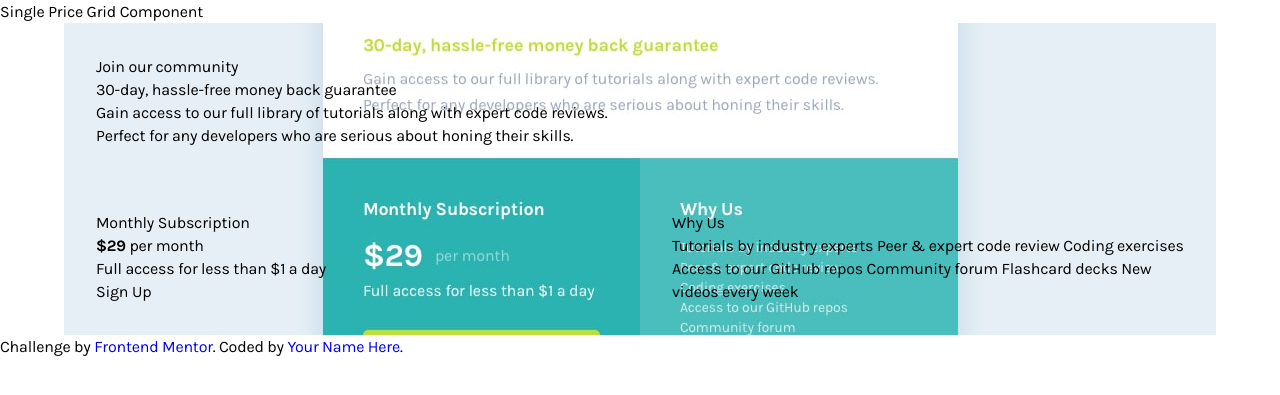
Repository: bangjuyoung/bangjuyoung
Page: practice/frontend-mentor/single-price-grid-component/index.html
An editor plug-in stored every save of this project. The page is shown before and after the next save, followed by the edit.
The browser window is 1280 px wide. The pictures show the whole page.

Above is the page before, as saved 2019-06-15 21:45:57.

After the next save:
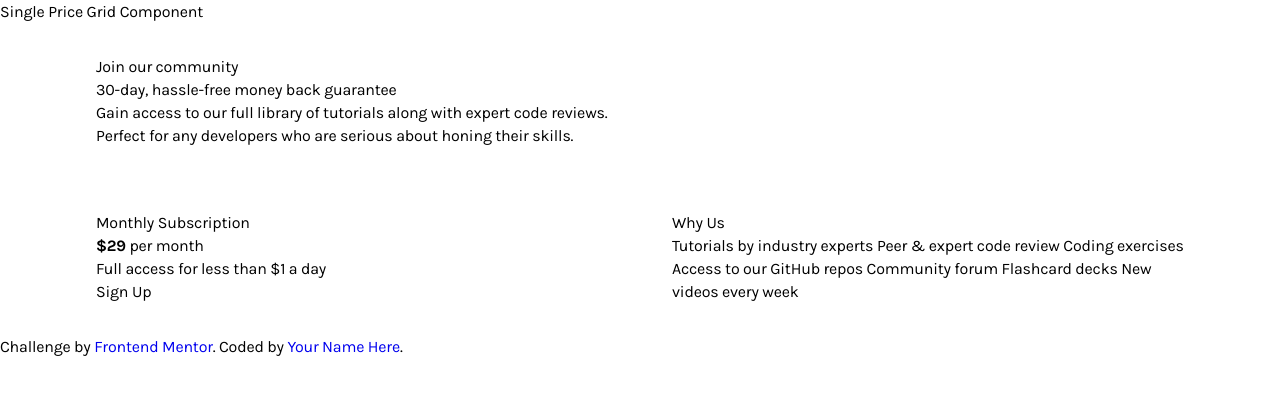
Saved 17 s later.
--- a/practice/frontend-mentor/single-price-grid-component/default.css
+++ b/practice/frontend-mentor/single-price-grid-component/default.css
@@ -24,7 +24,6 @@ body {
     max-width: 36rem;
     margin-left: auto;
     margin-right: auto;
-    background: url('./design/desktop-design.jpg') no-repeat 50% 50%;
 }
 
 .single-price__divider {
